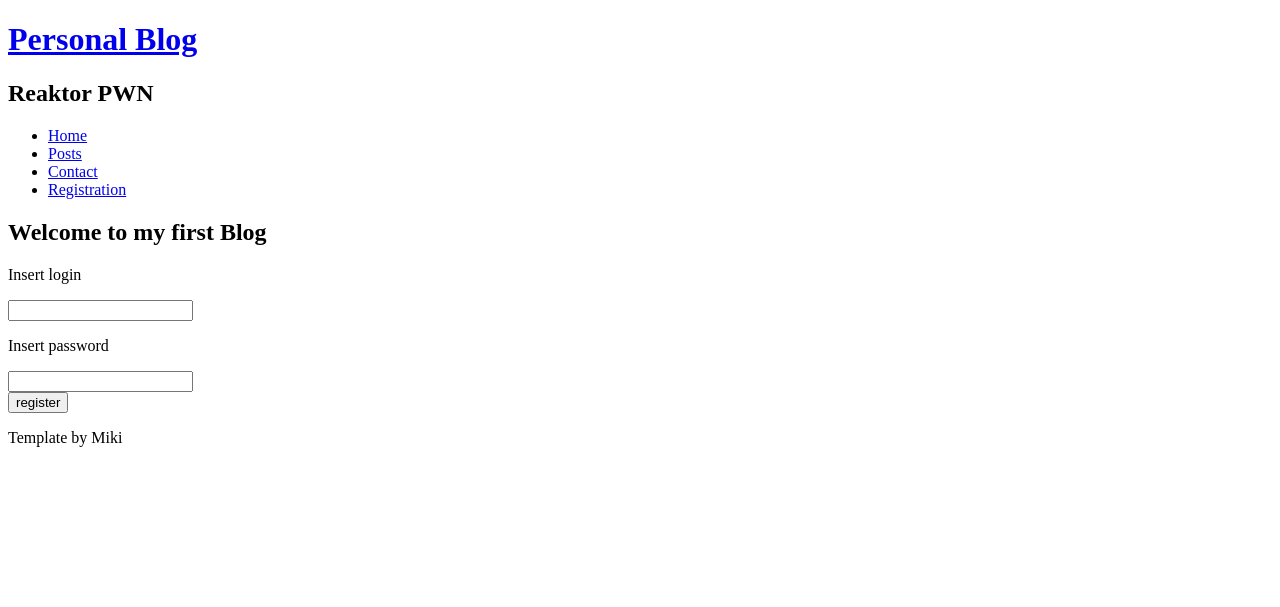
Repository: AnnaPolatynska/SpringCwiczenia
Page: http://localhost/registerForm
An editor plug-in stored every save of this project. The page is shown before and after the next save, followed by the edit.
The browser window is 1280 px wide. The pictures show the whole page.
The page is this project's Thymeleaf template; nobody is signed in. The template is opened directly, without the code that normally fills it, so the values that code supplies are empty.

Above is the page before, as saved 2017-08-30 10:12:09.

After the next save:
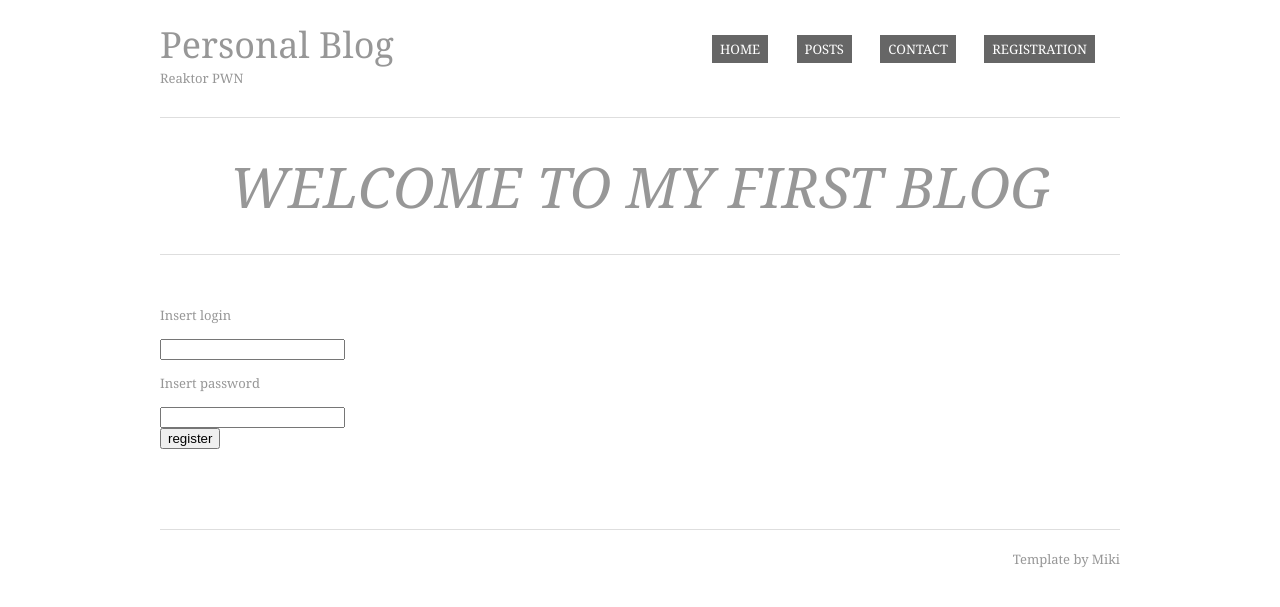
Saved 6 min 41 s later.
--- a/D-MVC-JAR/src/main/resources/templates/registerForm.html
+++ b/D-MVC-JAR/src/main/resources/templates/registerForm.html
@@ -1,6 +1,10 @@
  <!DOCTYPE html>
 <html lang="en" dir="ltr" xmlns:th="http://www.thymeleaf.org">
-
+<head>
+<title>Save Register</title>
+<meta charset="iso-8859-1" />
+<link rel="stylesheet" href="layout.css" type="text/css" />
+</head>
 <body>
 <div class="wrapper row1">
   <header id="header" class="clear">
